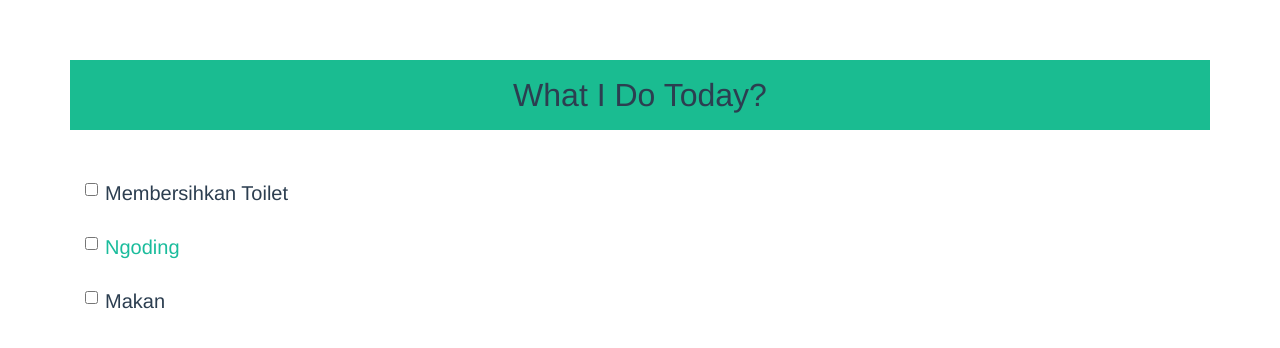
Repository: AdiPrimanto/praxis-academy
Page: / (app in novice/03-05/todolist/)
These files come from the project's save history. The page is drawn as it stood at one moment and after a run of saves; the edit follows.
The browser window is 1280 px wide. The pictures show the whole page.
The project was rebuilt for these pictures with package versions that can differ from the ones it lists, and the page was loaded fresh each time.

Above is the page before, as saved 2019-11-29 21:34:49.

### novice/03-05/todolist/src/App.vue
<template>
  <div id="app">
    <div class="container">
      <div class="row header mb-5 p-3">
        <div class="col-12">
          <h2>What I Do Today? </h2>
        </div>
      </div>
      <div class="row content">
        <div class="col-12">
          <div class="pekerjaan-rumah">
            <div class="row">
              <div v-for="tugasSaya in tugas" v-bind:key="tugasSaya.id" class="mb-4 tugas col-lg-12 text-left">
                <div class="form-check">
                  <input class="form-check-input" onclick="" type="checkbox" value="" id="defaultCheck1">
                  <label class="form-check-label item" v-bind:class="{'item-completed':tugasSaya.isDone}" for="defaultCheck1">
                    {{tugasSaya.nama}}
                  </label>
                </div>
              </div>
            </div>
          </div>
        </div>
      </div>
    </div>


  </div>
</template>

<script>
  import 'bootstrap/dist/css/bootstrap.css'

  export default {
    name: 'app',
    //membuat data json
    //v-for dilakukan jk memiliki array di dalam data:
    data: function () {
      return {
        tugas: [{
            id: 1,
            nama: 'Membersihkan Toilet',
            isDone: false
          },
          {
            id: 2,
            nama: 'Ngoding',
            isDone: true
          },
          {
            id: 3,
            nama: 'Makan',
            isDone: false
          }
        ]
      };
    },
    components: {

    }
  }
</script>

<style>
  #app {
    font-family: 'Avenir', Helvetica, Arial, sans-serif;
    -webkit-font-smoothing: antialiased;
    -moz-osx-font-smoothing: grayscale;
    text-align: center;
    color: #2c3e50;
    margin-top: 60px;
  }

  .header {
    background: #1abc91;
  }

  .header h2 {
    margin: 0;
  }
  .tugas .item{
    font-size: 20px;
  }
  .item-completed{
    color: #1abc9c;

  }
</style>

Loaded but not shown: novice/03-05/todolist/public/index.html (common file); novice/03-05/todolist/src/main.js (common file)

After the next 2 saves:
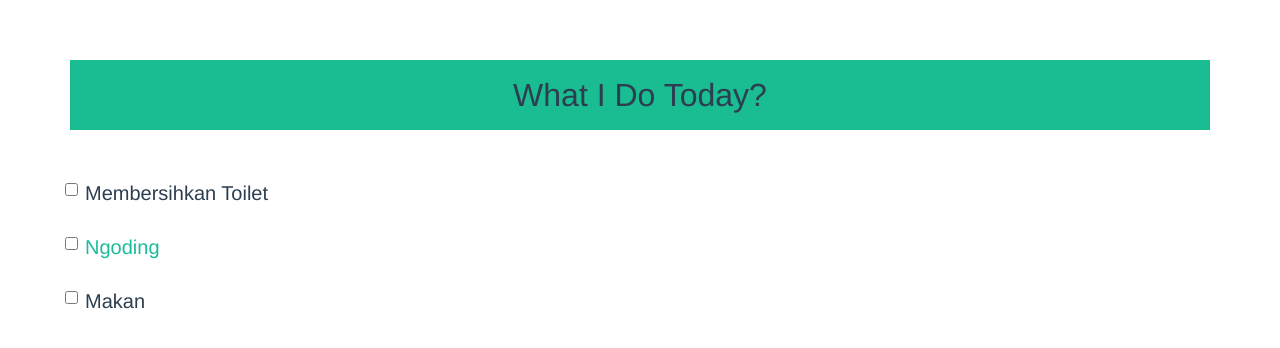
The 2 saves are shown as one change because they came seconds apart.
The last was saved 74 s later.
--- a/novice/03-05/todolist/src/App.vue
+++ b/novice/03-05/todolist/src/App.vue
@@ -11,13 +11,13 @@
           <div class="pekerjaan-rumah">
             <div class="row">
               <div v-for="tugasSaya in tugas" v-bind:key="tugasSaya.id" class="mb-4 tugas col-lg-12 text-left">
-                <div class="form-check">
+
                   <input class="form-check-input" onclick="" type="checkbox" value="" id="defaultCheck1">
                   <label class="form-check-label item" v-bind:class="{'item-completed':tugasSaya.isDone}" for="defaultCheck1">
                     {{tugasSaya.nama}}
                   </label>
                 </div>
-              </div>
+
             </div>
           </div>
         </div>
